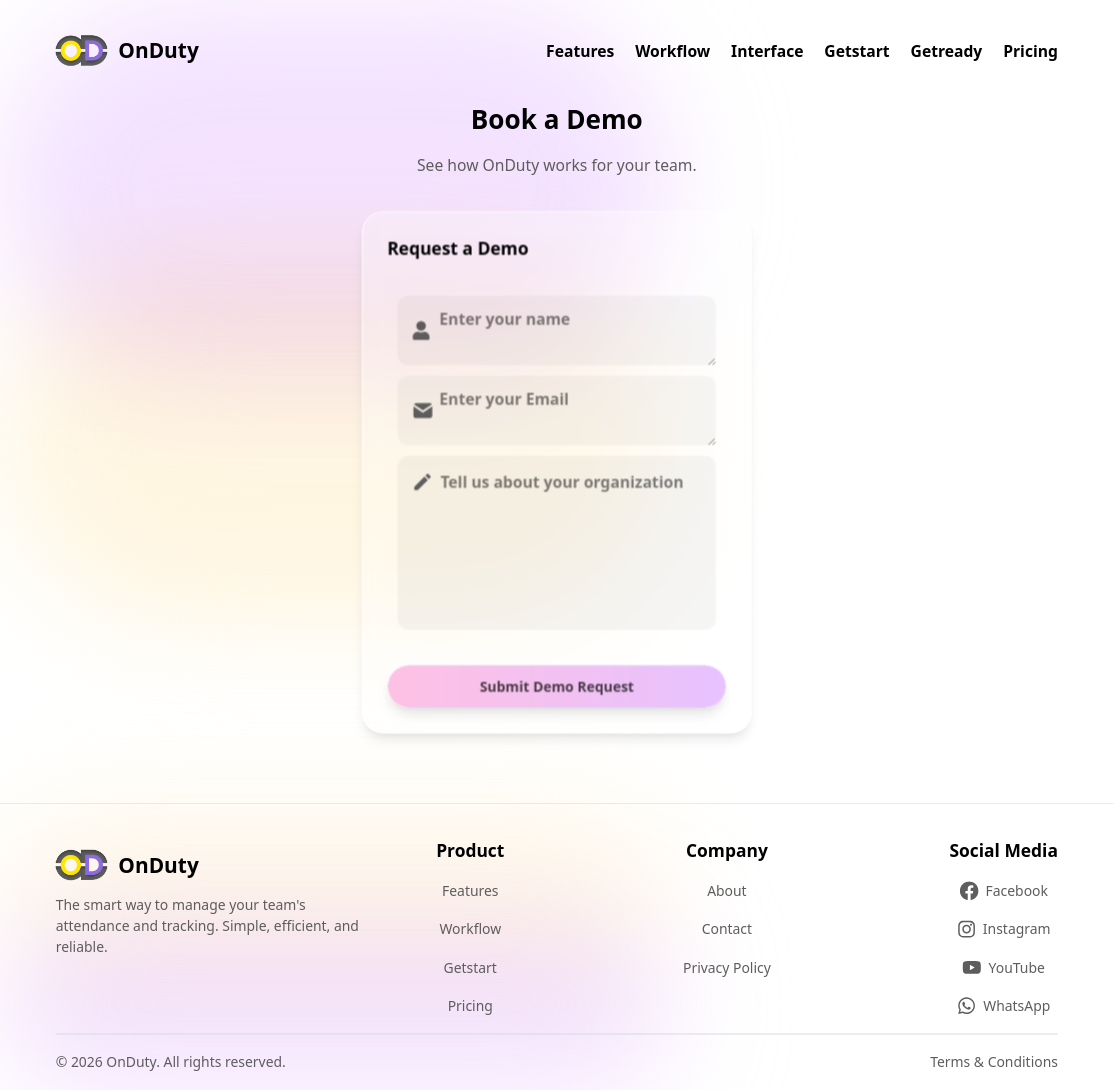
Repository: shekharzorin/ONDUTY-V1
Page: /bookdemo
The author's editor kept a copy of each file at every save. The page is drawn from the files as they stood at one save, then again after the next save.
The browser window is 1280 px wide. The pictures show the whole page, at 87% of full size.
The project was rebuilt for these pictures with package versions that can differ from the ones it lists, and the page was loaded fresh each time. The framework's server and built-in components were replaced by stand-ins that run in the browser. Also part of the build but not shown: next.config.mjs, vite.config.js, app/components/ui/Crossicon.tsx.

Above is the page before, as saved 2026-01-17 18:40:35.

### app/layout.tsx
import type { Metadata } from "next";
import { Geist, Geist_Mono } from "next/font/google";
import "./globals.css";
import Navbar from "./components/header/Navbar";

const geistSans = Geist({
  variable: "--font-geist-sans",
  subsets: ["latin"],
});

const geistMono = Geist_Mono({
  variable: "--font-geist-mono",
  subsets: ["latin"],
});

export const metadata: Metadata = {
  title: "Create Next App",
  description: "Generated by create next app",
};

export default function RootLayout({
  children,
}: Readonly<{
  children: React.ReactNode;
}>) {
  return (
    <html lang="en">
      <body
        className={`${geistSans.variable} ${geistMono.variable} antialiased`}
      >
        <Navbar />
        {children}
      </body>
    </html>
  );
}

### app/bookdemo/page.tsx
import Footer from "../components/footer/footer";
import Bookdemo from "../components/sections/bookdemo";

const page = () => {
  return (
    <div className="flex flex-col">
      <Bookdemo />
      <Footer />
    </div>
  );
};

export default page;

### app/globals.css
@import "tailwindcss";

:root {
  --color-primary: #8d6bdc;
  --color-secondary: #e0d4ff;
  --color-bg: #efefef;
  --color-sidebar: #ffffff;
  --color-gray: #5d5d5d;
}

html {
  scroll-behavior: smooth;
}




.flip-card {
  perspective: 1000px;
}

.flip-card-inner {
  transform-style: preserve-3d;
}

.flip-card-front,
.flip-card-back {
  position: absolute;
  width:auto;
  height:auto;
  backface-visibility: hidden;
}

.flip-card-back {
  transform: rotateY(180deg);
}

### app/components/header/Navbar.tsx
"use client";

import Logo from "@/public/images/od_logo.png";
import Image from "next/image";
import Link from "next/link";
import { usePathname } from "next/navigation";
import { useEffect, useState } from "react";
import { MdMenu } from "react-icons/md";
import { motion, AnimatePresence } from "framer-motion";
import { useRouter } from "next/navigation";
import Crossicon from "../ui/Crossicon";

export const navLinks = [
  { name: "Features", id: "features" },
  { name: "Workflow", id: "workflow" },
  { name: "Interface", id: "interface" },
  { name: "Getstart", id: "getstart" },
  { name: "Getready", id: "getready" },
  { name: "Pricing", path: "/pricing/" },
];

const Navbar = () => {
  const pathname = usePathname();
  const [isScrolled, setIsScrolled] = useState(false);
  const [isNavOpen, setIsNavOpen] = useState(false);
  const router = useRouter();
  const [activeSection, setActiveSection] = useState<string | null>(null);

  const handleScrollNav = (id: string) => {
    setActiveSection(id);
    router.push(`/#${id}`);
  };

  useEffect(() => {
    if (pathname !== "/") {
      setActiveSection(null);
    }
  }, [pathname]);

  useEffect(() => {
    if (pathname !== "/") return;
    const hash = window.location.hash.replace("#", "");
    if (hash) {
      setActiveSection(hash);
    } else {
      setActiveSection("features");
    }
  }, [pathname]);

  useEffect(() => {
    const handleScroll = () => setIsScrolled(window.scrollY > 20);
    window.addEventListener("scroll", handleScroll);
    return () => window.removeEventListener("scroll", handleScroll);
  }, []);

  useEffect(() => {
    if (isNavOpen) {
      document.body.style.overflow = "hidden";
    } else {
      document.body.style.overflow = "";
    }
    return () => {
      document.body.style.overflow = "";
    };
  }, [isNavOpen]);

  useEffect(() => {
    if (pathname !== "/") return;

    const sections = [
      "features",
      "workflow",
      "interface",
      "getready",
      "getstart",
    ];
    let locked = true;

    const unlock = () => (locked = false);
    window.addEventListener("scroll", unlock, { once: true });

    const observer = new IntersectionObserver(
      (entries) => {
        if (locked) return;

        entries.forEach((entry) => {
          if (entry.isIntersecting) {
            const id = entry.target.id;

            // 1️⃣ Update active state
            setActiveSection(id);

            // 2️⃣ Update URL hash WITHOUT navigation
            router.replace(`/#${id}`, { scroll: false });
          }
        });
      },
      {
        rootMargin: "-45% 0px -45% 0px",
        threshold: 0,
      }
    );

    sections.forEach((id) => {
      const el = document.getElementById(id);
      if (el) observer.observe(el);
    });

    return () => observer.disconnect();
  }, [pathname, router]);

  return (
    <header
      className={`fixed top-0 left-0 right-0 z-50 border-b transition-all ${
        isScrolled
          ? "bg-transparent backdrop-blur-md border-white shadow-lg py-0"
          : "bg-transparent border-transparent py-5"
      }`}
    >
      <div className="mx-auto w-full px-4 sm:px-6 md:px-8 lg:px-12 xl:px-16 2xl:px-24 max-w-384 py-2 flex items-center justify-between">
        <div className="flex gap-2 lg:gap-3 items-center">
          <Image
            src={Logo}
            alt="Onduty Logo"
            height={60}
            width={60}
            className="flex h-10 w-10 md:h-12 md:w-12 lg:h-15 lg:w-15"
          />
          <h1 className="text-2xl lg:text-2xl font-bold">OnDuty</h1>
        </div>

        {/* Desktop Navbar */}
        <nav className="hidden lg:flex gap-6">
          {navLinks.map((item) => {
            // SCROLL ITEM
            if (item.id) {
              return (
                <button
                  key={item.id}
                  onClick={() => handleScrollNav(item.id)}
                  className={`relative lg:font-semibold xl:font-bold text-lg transition-colors duration-300
                    after:absolute after:left-0 after:-bottom-1 after:h-1
                    after:rounded-full after:bg-(--color-primary)
                    after:transition-all after:duration-300
                    ${
                      activeSection === item.id && pathname === "/"
                        ? "text-(--color-primary)"
                        : "after:w-0 hover:after:w-full"
                    }
                  `}
                >
                  {item.name}
                </button>
              );
            }

            // ROUTE ITEM
            const isActive = pathname === item.path;

            return (
              <Link
                key={item.path}
                href={item.path!}
                className={`relative lg:font-semibold xl:font-bold text-lg transition-colors duration-300
                  after:absolute after:left-0 after:-bottom-1 after:h-1
                  after:rounded-full after:bg-(--color-primary)
                  after:transition-all after:duration-300
                  ${
                    isActive
                      ? "text-(--color-primary)"
                      : "after:w-0 hover:after:w-full"
                  }
                `}
              >
                {item.name}
              </Link>
            );
          })}
        </nav>

        <div className="lg:hidden gap-3">
          <div
            onClick={() => setIsNavOpen(true)}
            className="flex p-1 lg:hidden bg-(--color-secondary) rounded-full border-white border justify-center items-center"
          >
            <MdMenu size={28} className="opacity-10 animate-pulse" />
          </div>

          <AnimatePresence>
            {isNavOpen && (
              <motion.div
                className="fixed inset-0 backdrop-blur-sm bg-black/30 flex justify-end h-screen"
                initial={{ opacity: 0 }}
                animate={{ opacity: 1 }}
                exit={{ opacity: 1 }}
                transition={{ duration: 0.6 }}
              >
                {/* Drawer */}
                <motion.div
                  className="relative w-[70%] md:w-[60%] bg-(--color-sidebar) h-full flex items-center"
                  initial={{ x: "100%" }}
                  animate={{ x: 0 }}
                  exit={{ x: "100%" }}
                  onClick={(e: any) => e.stopPropagation()}
                  transition={{
                    duration: 0.35,
                    ease: "easeInOut",
                  }}
                >
                  {/* Close button */}
                  <div className="flex absolute top-7.25 right-4 md:right-8 lg:hidden z-20 ">
                    <Crossicon onClick={() => setIsNavOpen(false)} />
                  </div>

                  {/* Mobile Navbar */}
                  <nav className="flex flex-col gap-10 p-10 mt-10 w-full">
                    {navLinks.map((item) => {
                      if (item.id) {
                        return (
                          <button
                            key={item.id}
                            onClick={() => {
                              handleScrollNav(item.id);
                              setIsNavOpen(false);
                            }}
                            className={`py-2 w-full relative text-lg font-semibold md:font-bold text-left transition-colors
                              ${
                                activeSection === item.id && pathname === "/"
                                  ? "text-(--color-primary)"
                                  : "text-black/80 hover:text-(--color-primary)"
                              }
                            `}
                          >
                            {item.name}
                          </button>
                        );
                      }

                      const isActive = pathname === item.path;

                      return (
                        <Link
                          key={item.path}
                          href={item.path!}
                          onClick={() => setIsNavOpen(false)}
                          className={`relative text-lg font-semibold md:font-bold py-2
                            ${isActive ? "text-(--color-primary)" : ""}
                          `}
                        >
                          {item.name}
                        </Link>
                      );
                    })}
                  </nav>
                </motion.div>
              </motion.div>
            )}
          </AnimatePresence>
        </div>
      </div>
    </header>
  );
};

export default Navbar;

### app/components/footer/footer.tsx
import Image from "next/image";
import Logo from "@/public/images/od_logo.png";
import Link from "next/link";
import { FaFacebook, FaInstagram, FaWhatsapp, FaYoutube } from "react-icons/fa";
import { ReactNode } from "react";

type FooterLink = {
  label: string;
  href: string;
  external?: boolean;
  icon?: ReactNode;
};

type FooterSection = {
  title: string;
  links: FooterLink[];
};

const footerLinks: FooterSection[] = [
  {
    title: "Product",
    links: [
      { label: "Features", href: "/#features" },
      { label: "Workflow", href: "/#workflow" },
      { label: "Getstart", href: "/#getstart" },
      { label: "Pricing", href: "/pricing/" },
    ],
  },
  {
    title: "Company",
    links: [
      { label: "About", href: "/about" },
      { label: "Contact", href: "/contact" },
      { label: "Privacy Policy", href: "/privacy&policy" },
    ],
  },
  {
    title: "Social Media",
    links: [
      {
        label: "Facebook",
        href: "https://www.facebook.com",
        external: true,
        icon: <FaFacebook size={22} />,
      },
      {
        label: "Instagram",
        href: "https://www.instagram.com",
        external: true,
        icon: <FaInstagram size={22} />,
      },
      {
        label: "YouTube",
        href: "https://www.youtube.com",
        external: true,
        icon: <FaYoutube size={22} />,
      },
      {
        label: "WhatsApp",
        href: "https://www.whatsapp.com",
        external: true,
        icon: <FaWhatsapp size={22} />,
      },
    ],
  },
];

const Footer = () => {
  return (
    <section
      id="footer"
      className="relative px-4 sm:px-6 md:px-8 lg:px-12 xl:px-16 2xl:px-24 max-w-384 w-full border-t border-gray-200"
    >
      {/* Background flare */}
      <div className="absolute top-0 left-1/2 -translate-x-1/2 w-full h-full max-w-7xl pointer-events-none -z-10">
        <div className="absolute bottom-0 w-[60%] h-[60%] bg-[#eccfff] rounded-full blur-3xl opacity-60 mix-blend-multiply filter" />
        <div className="absolute top-0 w-[60%] h-[60%] bg-[#fff4da] rounded-full blur-3xl opacity-60 mix-blend-multiply filter" />
      </div>

      <div className="flex flex-col pt-3 lg:pt-10 lg:flex-row lg:justify-between gap-5 lg:gap-20">
        <div className="flex flex-col gap-1 w-full lg:w-[50%]">
          <div className="flex gap-2 lg:gap-3 items-center">
            <Image
              src={Logo}
              alt="Onduty Logo"
              height={60}
              width={60}
              className="flex h-10 w-10 md:h-12 md:w-12 lg:h-15 lg:w-15"
            />
            <h1 className="text-2xl lg:text-2xl font-bold">OnDuty</h1>
          </div>
          <p className="text-(--color-gray)">
            The smart way to manage your team's attendance and tracking. Simple,
            efficient, and reliable.
          </p>
        </div>

        <div className="flex flex-wrap text-(--color-gray) justify-between w-full gap-5 lg:px-0 text-center">
          {footerLinks.map((section) => (
            <div key={section.title} className="flex flex-col gap-5">
              <p className="text-black text-lg lg:text-xl font-semibold">
                {section.title}
              </p>

              {section.links.map((link) => (
                <Link
                  key={link.label}
                  href={link.href}
                  target={link.external === true ? "_blank" : undefined}
                  rel={
                    link.external === true ? "noopener noreferrer" : undefined
                  }
                  className="hover:text-(--color-primary) transition"
                >
                  <p className="flex items-center gap-2 justify-center">
                    {link.icon}
                    {link.label}
                  </p>
                </Link>
              ))}
            </div>
          ))}
        </div>
      </div>

      <hr className="text-gray-300 mt-5" />
      <div className="text-(--color-gray) flex flex-col md:flex-row md:justify-between gap-5 my-5">
        <p>© 2026 OnDuty. All rights reserved.</p>
        <Link href="#">
          <p>Terms & Conditions</p>
        </Link>
      </div>
    </section>
  );
};

export default Footer;

### app/components/sections/bookdemo.tsx
"use client";

import { FaUser } from "react-icons/fa";
import { TbMailFilled } from "react-icons/tb";
import Inputbox from "../ui/Inputbox";
import { useState } from "react";
import { MdEdit } from "react-icons/md";
import Button from "../ui/Button";
import { motion } from "framer-motion";

const Bookdemo = () => {
  const [form, setForm] = useState({
    name: "",
    email: "",
    message: "",
  });

  const handleChange = (field: string, value: string) => {
    setForm((prev) => ({ ...prev, [field]: value }));
    console.log(form);
  };

  return (
    <section className="flex flex-col gap-10 pb-20 px-4 sm:px-6 md:px-8 lg:px-12 xl:px-16 2xl:px-24 max-w-384 mx-auto items-center justify-center w-full">
      {/* Background flare */}
      <div className="absolute top-0 left-1/2 -translate-x-1/2 w-full h-full max-w-7xl pointer-events-none -z-10">
        <div className="absolute top-0 w-[60%] h-[60%] bg-[#eccfff] rounded-full blur-3xl opacity-60 mix-blend-multiply filter" />
        <div className="absolute bottom-0 w-[60%] h-[60%] bg-[#fff0cd] rounded-full blur-3xl opacity-60 mix-blend-multiply filter" />
      </div>

      <div className="flex flex-col items-center justify-center mt-30 text-center gap-5">
        <p className="text-2xl lg:text-3xl font-bold leading-[1.15] lg:text-balance justify-center items-center">
          Book a Demo
        </p>
        <p className="md:text-lg text-(--color-gray)">
          See how OnDuty works for your team.
        </p>
      </div>

      <motion.div
        initial={{ opacity: 0, scale: 0.5 }}
        animate={{ opacity: 1, scale: 1 }}
        transition={{ type: "spring", stiffness: 100, damping: 20 }}
        className="backdrop-blur-md border border-white bg-white/30 shadow-lg rounded-3xl p-7 flex flex-col gap-10 justify-center w-full max-w-md"
      >
        <p className="font-bold text-xl">Request a Demo</p>

        <form
          className="flex flex-col w-full h-full px-3 gap-3 items-center"
          onSubmit={(e) => e.preventDefault()}
        >
          <Inputbox
            icon={<FaUser size={22} />}
            value={form.name}
            onChange={(v) => handleChange("name", v)}
            placeholder="Enter your name"
            className="rounded-xl bg-black/2 font-semibold md:text-lg text-black"
          />
          <Inputbox
            icon={<TbMailFilled size={26} />}
            type="email"
            value={form.email}
            onChange={(v) => handleChange("email", v)}
            placeholder="Enter your Email"
            className="rounded-xl bg-black/2 font-semibold md:text-lg text-black"
          />

          <div className="flex w-full p-4 bg-black/4 rounded-xl gap-2 text-(--color-gray)">
            <MdEdit size={28} />
            <textarea
              placeholder="Tell us about your organization"
              rows={6}
              className="w-full font-semibold md:text-lg text-black outline-none resize-none"
              value={form.message}
              onChange={(v) => handleChange("message", v.target.value)}
            />
          </div>
        </form>

        <Button
          title="Submit Demo Request"
          onClick={() => {}}
          className="
            border border-white p-3 w-full rounded-full
            bg-linear-to-r from-[#ffc1e4] to-[#e7c2ff]
            hover:animate-pulse text-black/70"
        />
      </motion.div>
    </section>
  );
};

export default Bookdemo;

### app/components/ui/Inputbox.tsx
import React, { useState } from "react";
import {IoMdEye, IoMdEyeOff } from "react-icons/io";

interface InputBoxProps {
  icon?: React.ReactNode;
  placeholder?: string;
  type?: string;
  value: string;
  onChange: (value: string) => void;
  required?: boolean;
  disabled?: boolean;
  error?: string;
  className?: string;

  inputMode?: React.HTMLAttributes<HTMLInputElement>["inputMode"];
  autoCapitalize?: "none" | "sentences" | "words" | "characters";
  autoCorrect?: "on" | "off";
  maxLength?: number;
  pattern?: string;
}


const Inputbox = ({
  icon,
  placeholder = "",
  type = "text",
  value,
  onChange,
  disabled = false,
  className = "",
}: InputBoxProps) => {
  const [showPassword, setShowPassword] = useState(false);

  const isPassword = type === "password";
  const inputType = isPassword && showPassword ? "text" : type;

  return (
    <div className={ `flex flex-col gap-1 w-full bg-(--color-sidebar) ${className}`}>
      <div className="relative flex items-center">

        {icon && (
          <span className="absolute left-4 text-(--color-gray) justify-center items-center">
            {icon}
          </span>
        )}

        <textarea
          type={inputType}
          placeholder={placeholder}
          value={value}
          onChange={(e) => onChange(e.target.value)}
          disabled={disabled}
          className={`w-full px-5 py-3  pl-12 pr-12 outline-none transition-all font-medium text-(--color-gray) ${
            disabled ? "bg-gray-100" : ""
          } ${className}`}
        />

        {isPassword && (
          <button
            type="button"
            onClick={() => setShowPassword(!showPassword)}
            className="absolute right-4 top-1/2 -translate-y-1/2 text-(--color-gray)"
          >
            {showPassword ? <IoMdEye size={28} /> : <IoMdEyeOff size={28} />}
          </button>
        )}
      </div>
    </div>
  );
};

export default Inputbox;

### app/components/ui/Button.tsx
import { ReactNode } from "react";

interface ButtonProps {
  title: string;
  onClick: () => void;
  type?: "button" | "submit";
  disabled?: boolean;

  /* 🔹 Optional Icon */
  icon?: ReactNode;
  iconPosition?: "left" | "right";

  /* 🔹 External Styles */
  className?: string;
}

const Button = ({
  title,
  onClick,
  type = "button",
  disabled = false,
  icon,
  iconPosition = "left",
  className = "",
}: ButtonProps) => {
  return (
    <button
      type={type}
      onClick={!disabled ? onClick : undefined}
      disabled={disabled}
      className={`
        group
        font-bold shadow-lg
        transition-all transform
        flex items-center justify-center gap-2
        duration-300
        ${
          disabled
            ? "bg-(--color-gray) text-(--color-sidebar) cursor-not-allowed opacity-70 transition-all duration-300"
            : "bg-(--color-primary) text-(--color-sidebar) hover:bg-(--color-secondary) hover:scale-105 hover:text-black cursor-pointer transition-all duration-300"
        }

        ${className}
      `}
    >
      {/* ICON LEFT */}
      {icon && iconPosition === "left" && (
        <span className="button-icon flex items-center">{icon}</span>
      )}

      <span>{title}</span>

      {/* ICON RIGHT */}
      {icon && iconPosition === "right" && (
        <span className="button-icon flex items-center">{icon}</span>
      )}
    </button>
  );
};

export default Button;

After the next save:
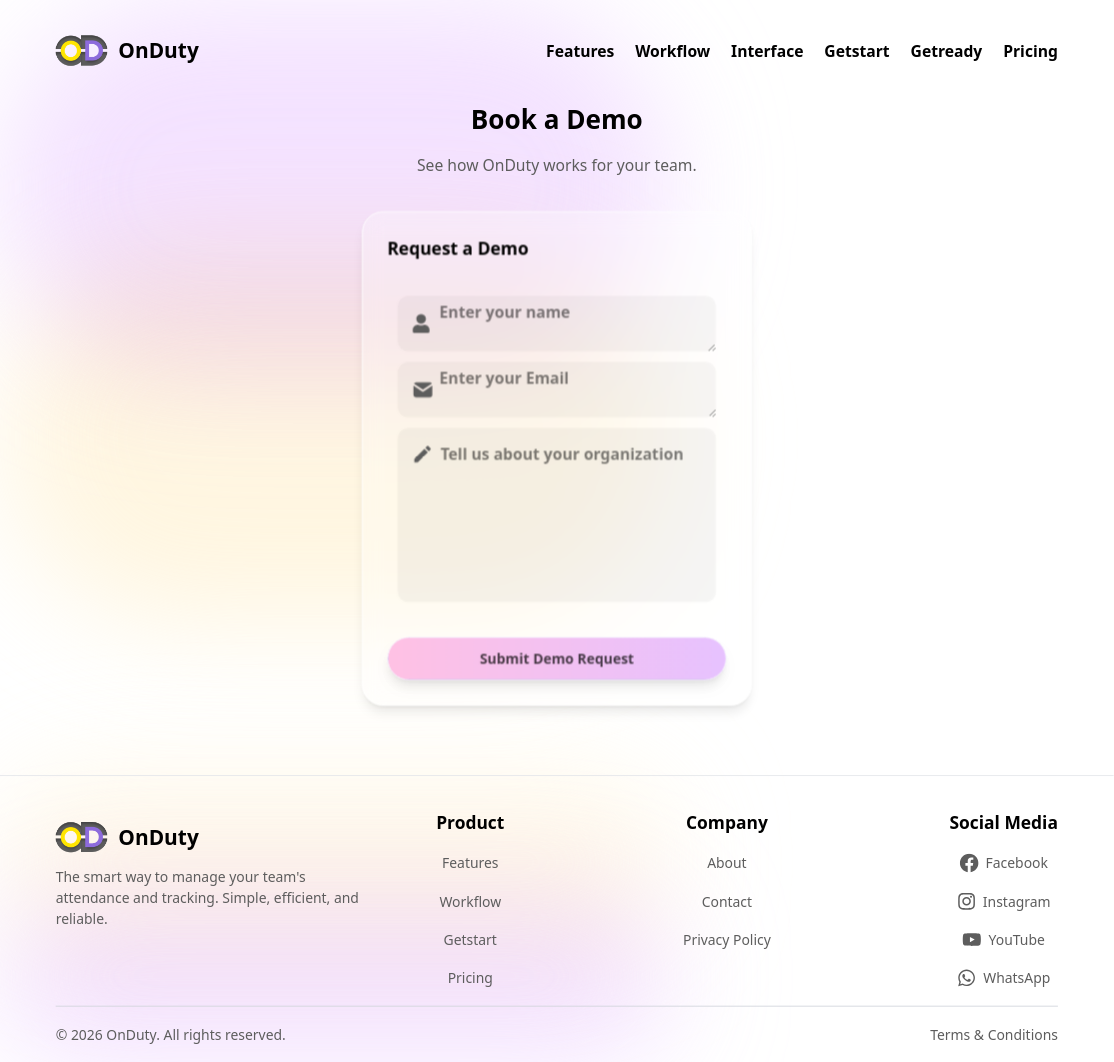
Saved 12 s later.
--- a/app/components/ui/Inputbox.tsx
+++ b/app/components/ui/Inputbox.tsx
@@ -50,7 +50,7 @@ const Inputbox = ({
           value={value}
           onChange={(e) => onChange(e.target.value)}
           disabled={disabled}
-          className={`w-full px-5 py-3  pl-12 pr-12 outline-none transition-all font-medium text-(--color-gray) ${
+          className={`w-full px-5 py-1  pl-12 pr-12 outline-none transition-all font-medium text-(--color-gray) ${
             disabled ? "bg-gray-100" : ""
           } ${className}`}
         />
